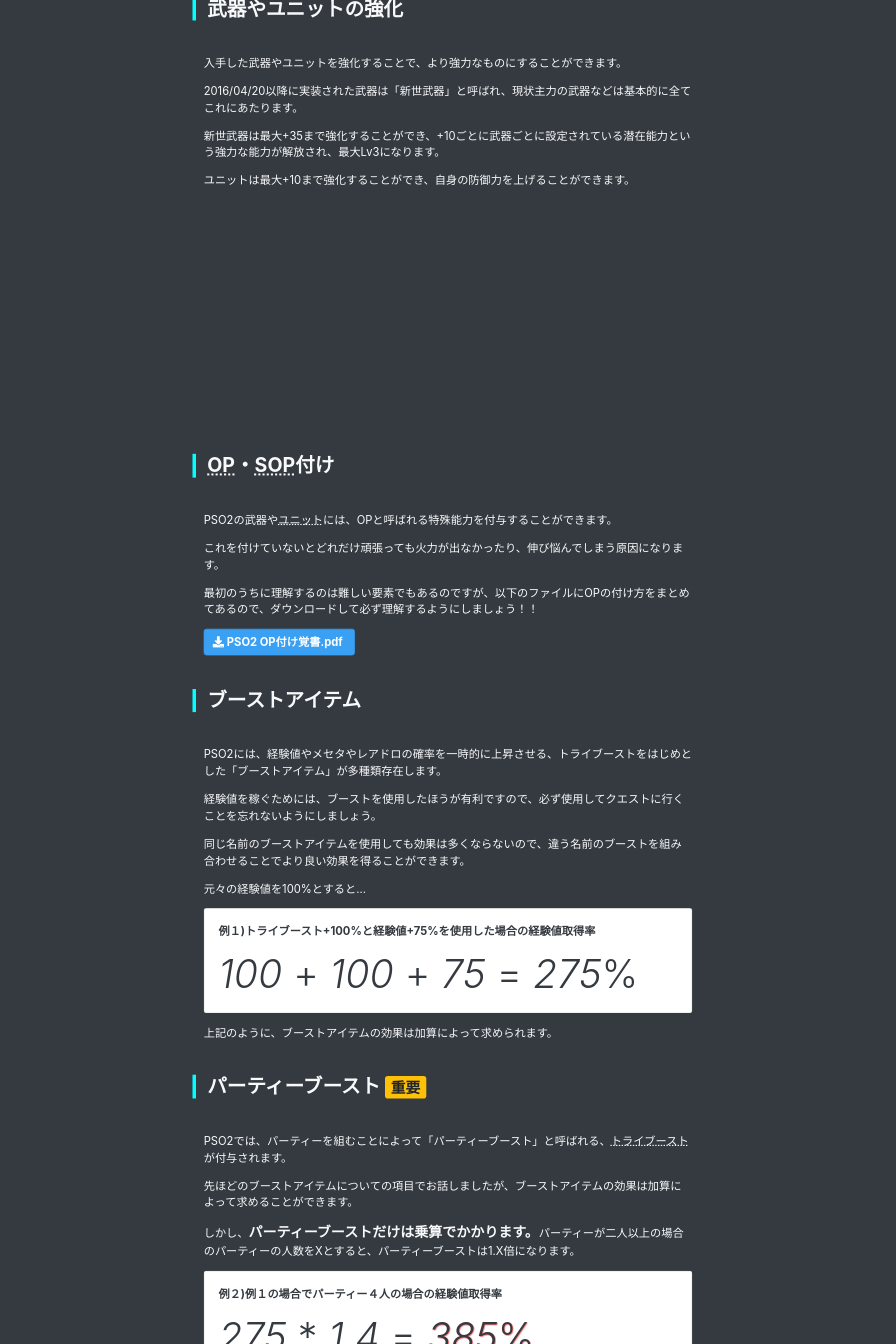
Repository: milkyahonpo/Website_source
Page: docs/capture.html
An editor plug-in stored every save of this project. The page is shown before and after the next save, followed by the edit.
The browser window is 1280 px wide. The pictures show the part of the page from y = 3085 to 5005 px (the page is 10368 px tall before and 10392 px after), at 70% of full size.
Pictures or frames that could not be fetched are drawn as grey boxes. Some web libraries are served in a nearby version.

Above is the page before, as saved 2020-02-03 10:02:28.

After the next save:
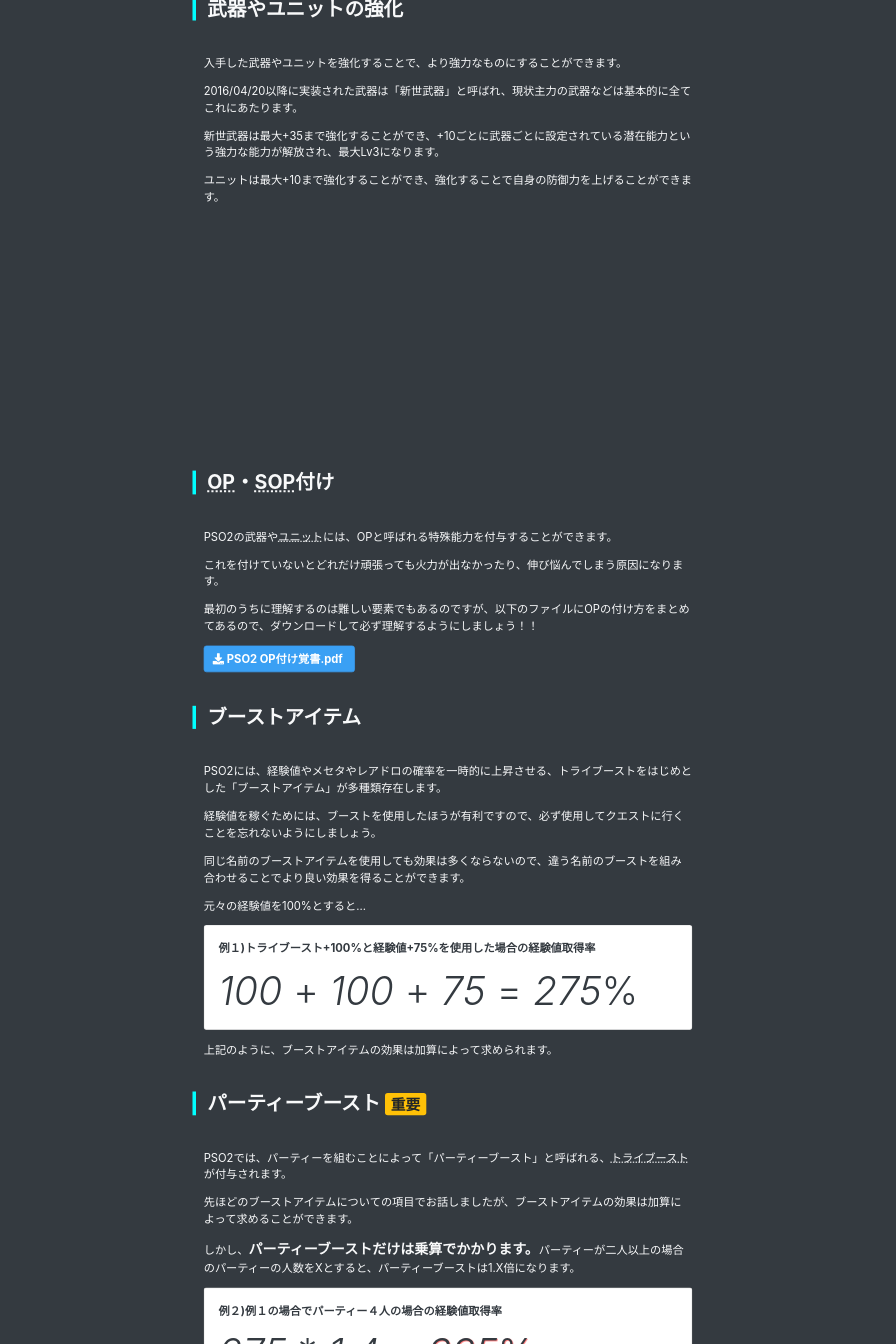
Saved 10 s later.
--- a/docs/capture.html
+++ b/docs/capture.html
@@ -113,7 +113,7 @@
             <p>入手した武器やユニットを強化することで、より強力なものにすることができます。</p>
             <p>2016/04/20以降に実装された武器は「新世武器」と呼ばれ、現状主力の武器などは基本的に全てこれにあたります。</p>
             <p>新世武器は最大+35まで強化することができ、+10ごとに武器ごとに設定されている潜在能力という強力な能力が解放され、最大Lv3になります。</p>
-            <p>ユニットは最大+10まで強化することができ、自身の防御力を上げることができます。</p>
+            <p>ユニットは最大+10まで強化することができ、強化することで自身の防御力を上げることができます。</p>
             <div class="movie-box">
               <iframe width="560" height="315" src="https://www.youtube-nocookie.com/embed/dSWcW5Sa8bw" frameborder="0" allow="accelerometer; autoplay; encrypted-media; gyroscope; picture-in-picture" allowfullscreen></iframe>
             </div>

After the save that followed:
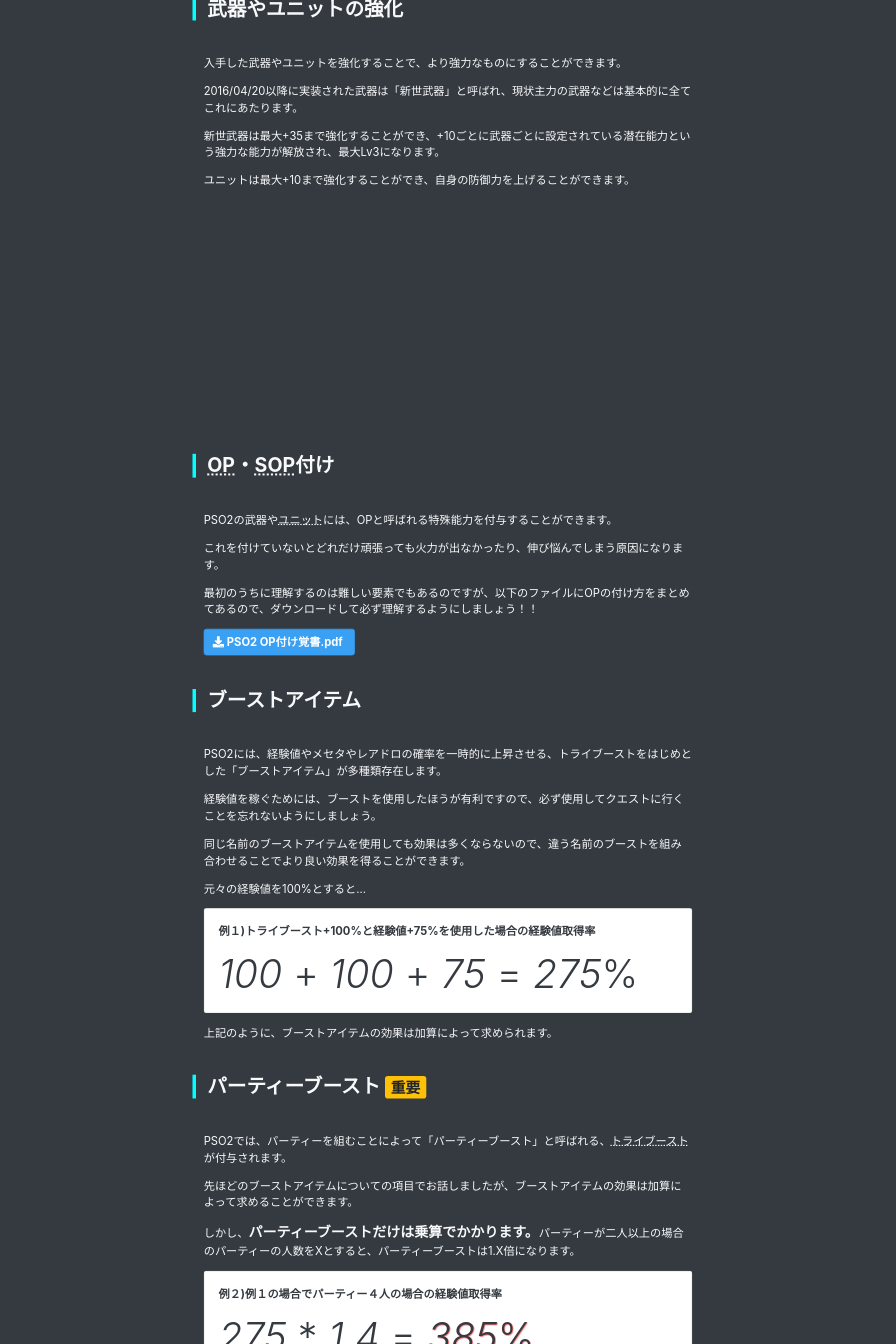
Saved 7 s later.
--- a/docs/capture.html
+++ b/docs/capture.html
@@ -113,7 +113,7 @@
             <p>入手した武器やユニットを強化することで、より強力なものにすることができます。</p>
             <p>2016/04/20以降に実装された武器は「新世武器」と呼ばれ、現状主力の武器などは基本的に全てこれにあたります。</p>
             <p>新世武器は最大+35まで強化することができ、+10ごとに武器ごとに設定されている潜在能力という強力な能力が解放され、最大Lv3になります。</p>
-            <p>ユニットは最大+10まで強化することができ、強化することで自身の防御力を上げることができます。</p>
+            <p>ユニットは最大+10まで強化することができ、自身の防御力を上げることができます。</p>
             <div class="movie-box">
               <iframe width="560" height="315" src="https://www.youtube-nocookie.com/embed/dSWcW5Sa8bw" frameborder="0" allow="accelerometer; autoplay; encrypted-media; gyroscope; picture-in-picture" allowfullscreen></iframe>
             </div>
